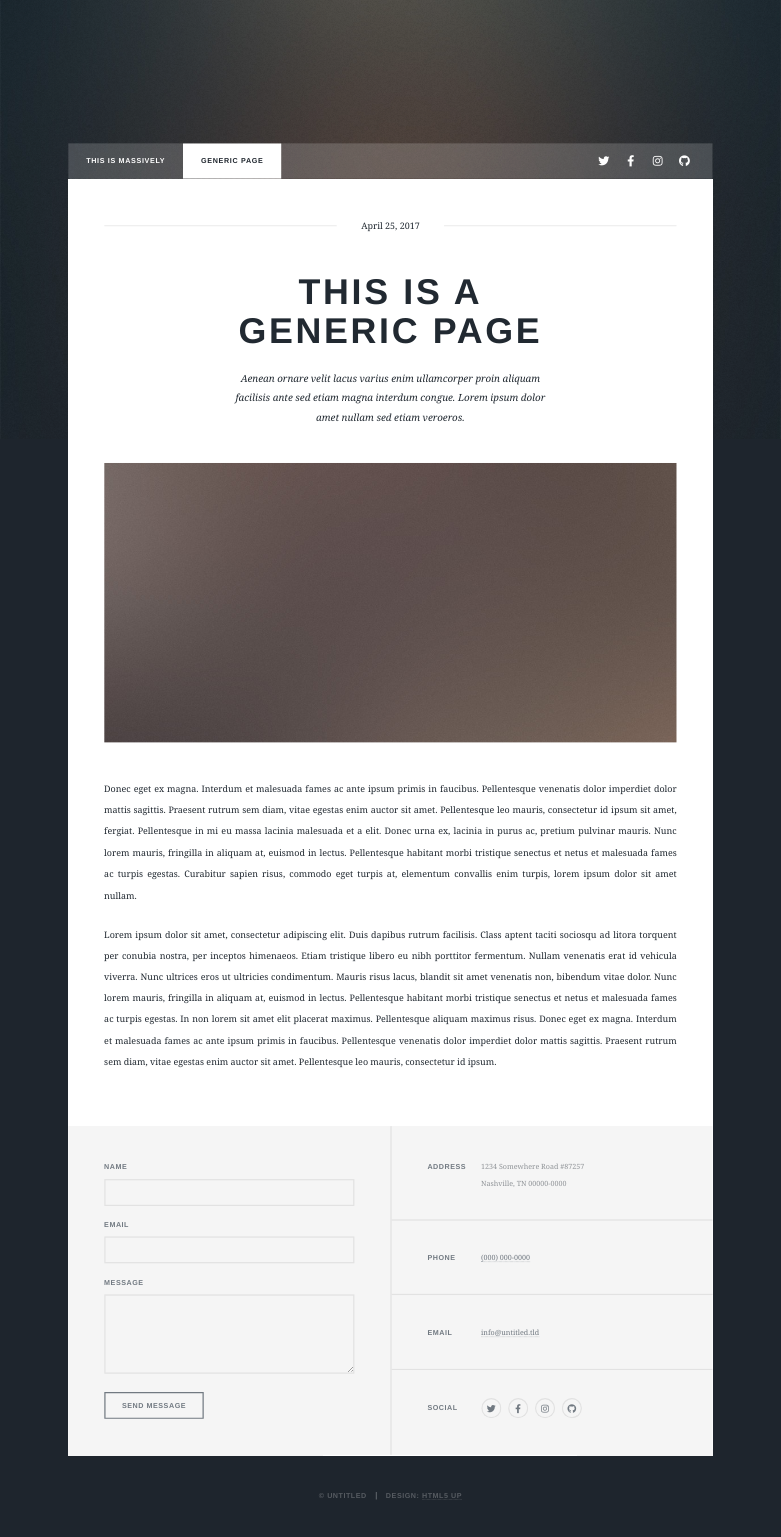
Repository: Sahet-dev/English-grammar-app
Page: generic.html
These files come from the project's save history. The page is drawn as it stood at one moment and after the next save; the edit follows.
The browser window is 1280 px wide. The pictures show the whole page, at 61% of full size.
Some web fonts or font styles are not loaded; a fallback is used.

Above is the page before, as saved 2022-06-27 05:09:32.

After the next save:
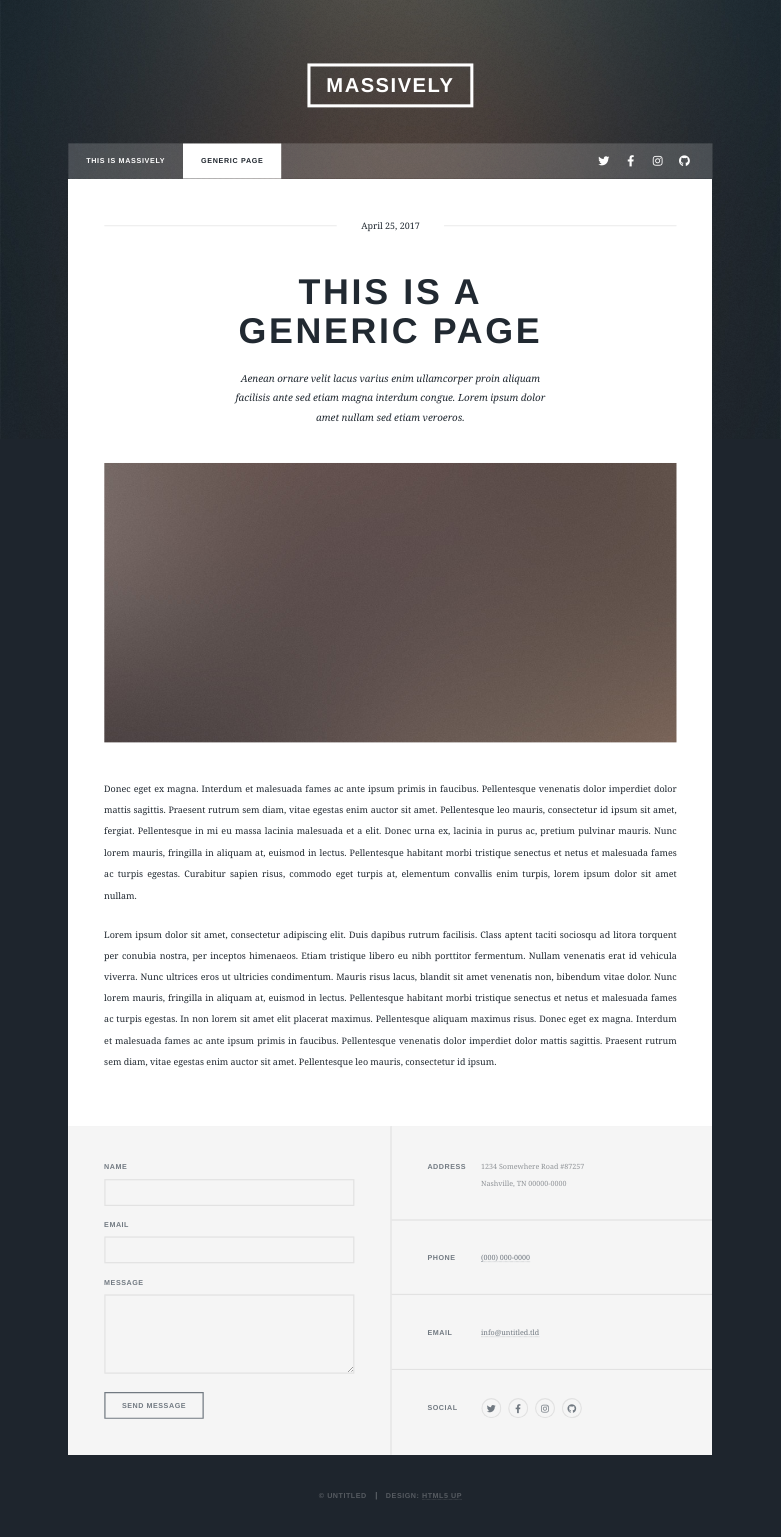
Saved 26 s later.
--- a/generic.html
+++ b/generic.html
@@ -19,7 +19,7 @@
 
 				<!-- Header -->
 					<header id="header">
-
+						<a href="index.html" class="logo">Massively</a>
 					</header>
 
 				<!-- Nav -->

After the save that followed:
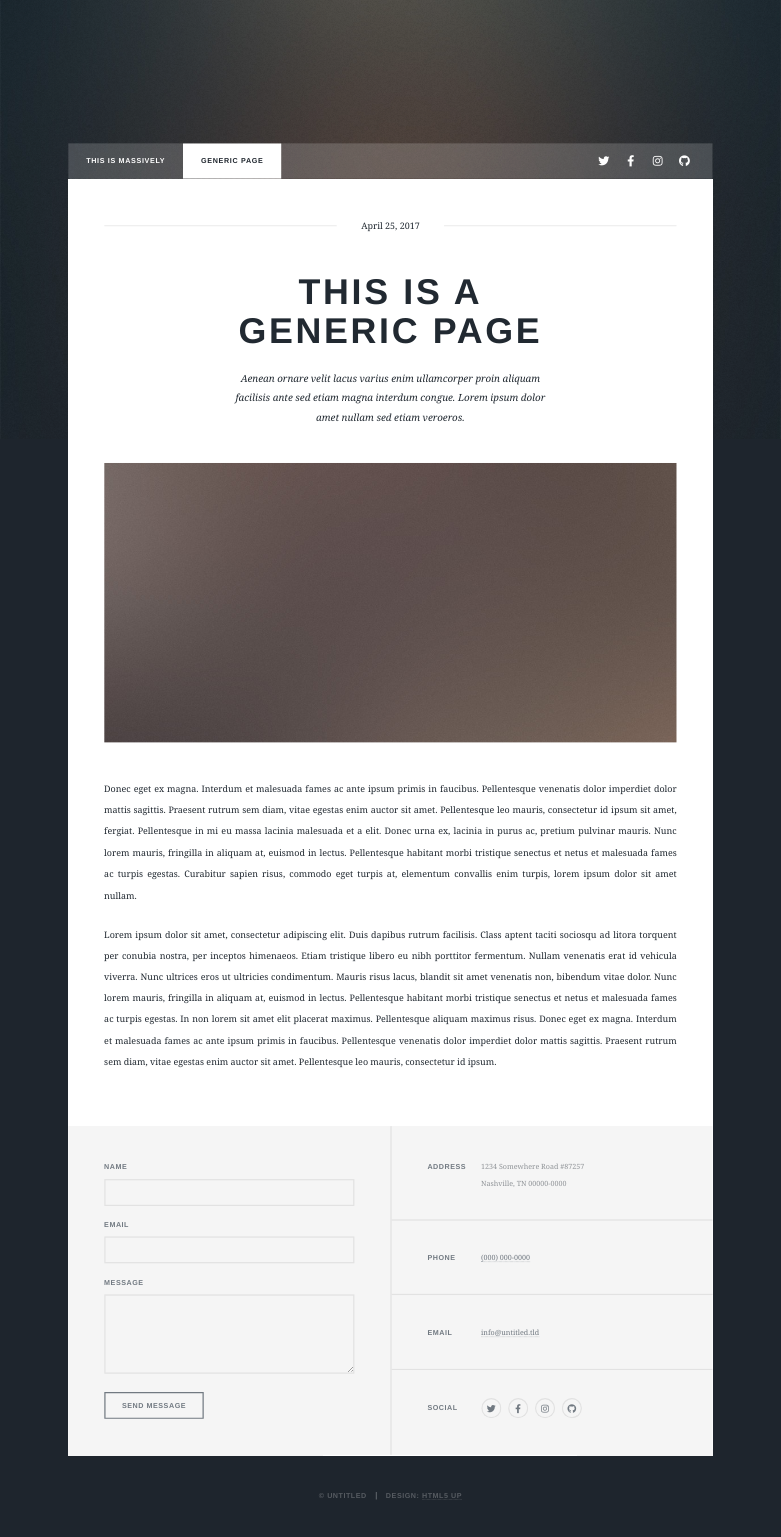
Saved 9 s later.
--- a/generic.html
+++ b/generic.html
@@ -19,7 +19,7 @@
 
 				<!-- Header -->
 					<header id="header">
-						<a href="index.html" class="logo">Massively</a>
+
 					</header>
 
 				<!-- Nav -->
